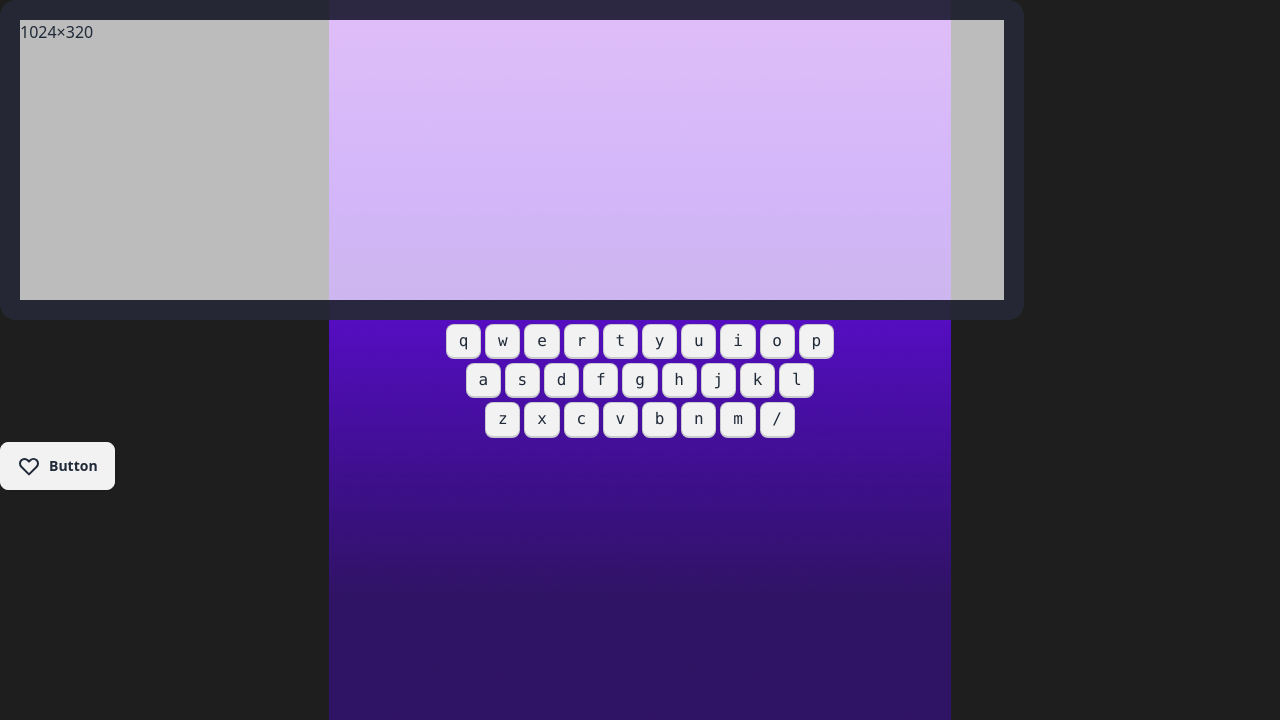
Repository: RudrasahaDibos/Alphabet-clash-
Page: index.html
The author's editor kept a copy of each file at every save. The page is drawn from the files as they stood at one save, then again after a run of saves.
The browser window is 1280 px wide. The pictures show the whole page.
Some web fonts or font styles are not loaded; a fallback is used. Some web libraries are served in a nearby version.

Above is the page before, as saved 2024-11-04 12:16:29.

### index.html
<!DOCTYPE html>
<html lang="en">
    <head>
        <meta charset="UTF-8">
        <meta name="viewport" content="width=device-width, initial-scale=1.0">
        <title>Alphabet Clash</title>
        <!-- daisy apa -->
        <link
            href="https://cdn.jsdelivr.net/npm/daisyui@4.12.14/dist/full.min.css"
            rel="stylesheet" type="text/css" />
        <script src="https://cdn.tailwindcss.com"></script>

        <!-- custom css  -->
        <link rel="stylesheet" href="style.css">

    </head>
    <body>
        <main
            class="bg-[#1E1E1E] min-h-screen bg-[url(images/background.png)] bg-no-repeat bg-center ">
            <!-- home screen  start here -->
            <section class="min-h-screen flex justify-center items-center hidden">
                <div class="flex flex-col justify-center items-center gap-10 ">
                    <h1
                        class="text-white text-8xl font-extrabold anton-sc-regular uppercase ">ALPHABET
                        CLASH</h1>
                    <p class="text-white ">Unleash Your Keyboard Kung Fu : Press
                        “Enter” to Play</p>
                    <button class="btn bg-white text-black">Play Now </button>
                </div>
            </section>
            <!-- home screen end here -->
            <!-- midlle screen start here -->
            <section>
                    <!-- display screen start here -->
                    <div class="artboard artboard-horizontal phone-6 border-[20px] border-[#010313CC] bg-[#FFFFFFB3] rounded-2xl">
                        1024×320
                    </div>
                     <!-- dispaly screen end here -->

                     <!-- keyboard start here  -->
                               <div>
                                <div class="my-1 flex w-full justify-center gap-1">
                                    <kbd class="kbd">q</kbd>
                                    <kbd class="kbd">w</kbd>
                                    <kbd class="kbd">e</kbd>
                                    <kbd class="kbd">r</kbd>
                                    <kbd class="kbd">t</kbd>
                                    <kbd class="kbd">y</kbd>
                                    <kbd class="kbd">u</kbd>
                                    <kbd class="kbd">i</kbd>
                                    <kbd class="kbd">o</kbd>
                                    <kbd class="kbd">p</kbd>
                                  </div>
                                  <div class="my-1 flex w-full justify-center gap-1">
                                    <kbd class="kbd">a</kbd>
                                    <kbd class="kbd">s</kbd>
                                    <kbd class="kbd">d</kbd>
                                    <kbd class="kbd">f</kbd>
                                    <kbd class="kbd">g</kbd>
                                    <kbd class="kbd">h</kbd>
                                    <kbd class="kbd">j</kbd>
                                    <kbd class="kbd">k</kbd>
                                    <kbd class="kbd">l</kbd>
                                  </div>
                                  <div class="my-1 flex w-full justify-center gap-1">
                                    <kbd class="kbd">z</kbd>
                                    <kbd class="kbd">x</kbd>
                                    <kbd class="kbd">c</kbd>
                                    <kbd class="kbd">v</kbd>
                                    <kbd class="kbd">b</kbd>
                                    <kbd class="kbd">n</kbd>
                                    <kbd class="kbd">m</kbd>
                                    <kbd class="kbd">/</kbd>
                                  </div>
                               </div>
                      <!-- keyboard end here -->

                      <!-- life and scrore button here -->
                               <div>
                                <button class="btn">
                                    <svg
                                      xmlns="http://www.w3.org/2000/svg"
                                      class="h-6 w-6"
                                      fill="none"
                                      viewBox="0 0 24 24"
                                      stroke="currentColor">
                                      <path
                                        stroke-linecap="round"
                                        stroke-linejoin="round"
                                        stroke-width="2"
                                        d="M4.318 6.318a4.5 4.5 0 000 6.364L12 20.364l7.682-7.682a4.5 4.5 0 00-6.364-6.364L12 7.636l-1.318-1.318a4.5 4.5 0 00-6.364 0z" />
                                    </svg>
                                    Button
                                  </button>
                               </div>
                      <!-- life and scrore button end here -->
            </section>
            <!-- midlle screen end here -->
             <!-- last screen start here -->
            <section>

            </section>
            <!-- last screen end here -->
        </main>
    </body>
</html>

### style.css


@import url('https://fonts.googleapis.com/css2?family=Anton+SC&family=Manrope:wght@200..800&display=swap');


.font-manrope {
    font-family: "Manrope", serif;
  }

  .anton-sc-regular {
    font-family: "Anton SC", sans-serif;
  }

After the next 2 saves:
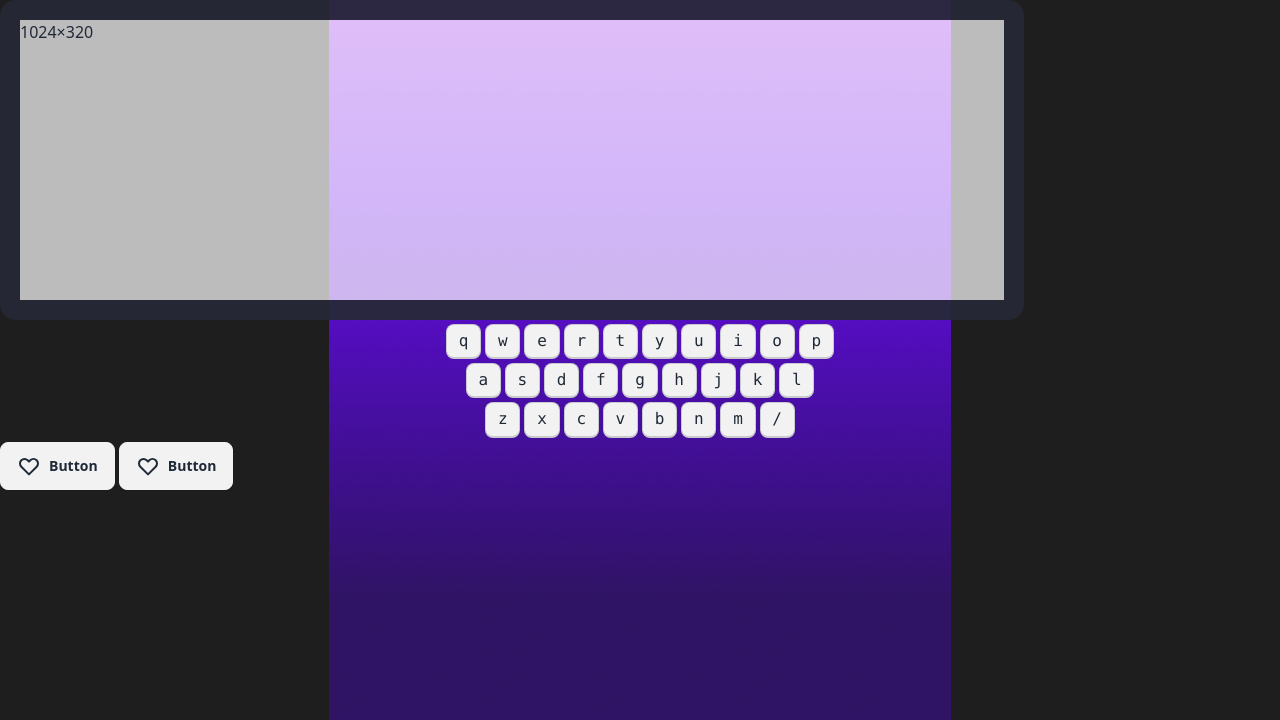
The 2 saves are shown as one change because they came seconds apart.
The last was saved 7 s later.
--- a/index.html
+++ b/index.html
@@ -92,6 +92,22 @@
                                     </svg>
                                     Button
                                   </button>
+
+                                  <button class="btn">
+                                    <svg
+                                      xmlns="http://www.w3.org/2000/svg"
+                                      class="h-6 w-6"
+                                      fill="none"
+                                      viewBox="0 0 24 24"
+                                      stroke="currentColor">
+                                      <path
+                                        stroke-linecap="round"
+                                        stroke-linejoin="round"
+                                        stroke-width="2"
+                                        d="M4.318 6.318a4.5 4.5 0 000 6.364L12 20.364l7.682-7.682a4.5 4.5 0 00-6.364-6.364L12 7.636l-1.318-1.318a4.5 4.5 0 00-6.364 0z" />
+                                    </svg>
+                                    Button
+                                  </button>
                                </div>
                       <!-- life and scrore button end here -->
             </section>
